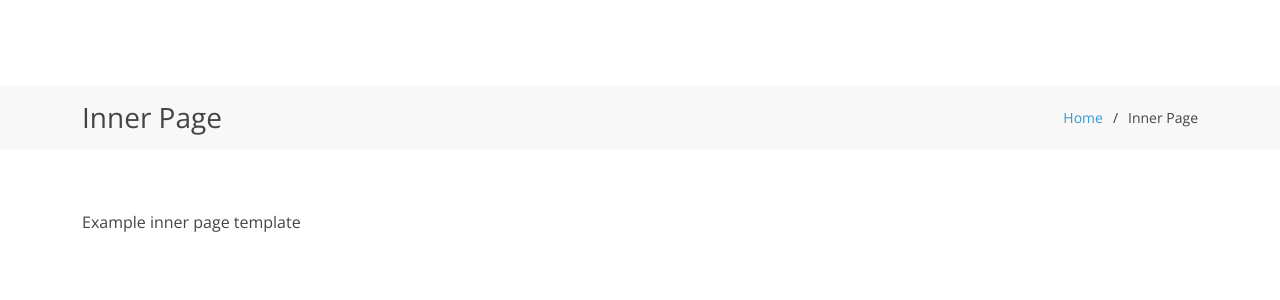
Repository: POLLJJAK/POLLJJAK
Page: http://localhost/POLLJJAK/Inner-page.jsp
These files come from the project's save history. The page is drawn as it stood at one moment and after the next save; the edit follows.
The browser window is 1280 px wide. The pictures show the whole page.
Some web fonts or font styles are not loaded; a fallback is used. The page is served by Tomcat 9. Other server files are loaded and not shown.

Above is the page before, as saved 2022-12-20 12:36:04.

### POLLJJAK/WebContent/Inner-page.jsp
<%@ page language="java" contentType="text/html; charset=UTF-8" pageEncoding="UTF-8"%>
<%@ taglib uri="http://java.sun.com/jsp/jstl/fmt" prefix="fmt" %>
<%@ taglib uri="http://java.sun.com/jsp/jstl/core" prefix="c" %>
<%@ taglib uri="http://java.sun.com/jsp/jstl/functions" prefix="fn" %>
<%
	request.setCharacterEncoding("UTF-8");
	String cp = request.getContextPath();
%>

<!DOCTYPE html>
<html lang="en">

<head>
  <meta charset="utf-8">
  <meta content="width=device-width, initial-scale=1.0" name="viewport">

  <title>Inner Page - Vesperr Bootstrap Template</title>
  <meta content="" name="description">
  <meta content="" name="keywords">

  <!-- Favicons -->
  <link href="assets/img/favicon.png" rel="icon">
  <link href="assets/img/apple-touch-icon.png" rel="apple-touch-icon">

  <!-- Google Fonts -->
  <link href="https://fonts.googleapis.com/css?family=Open+Sans:300,300i,400,400i,600,600i,700,700i|Raleway:300,300i,400,400i,500,500i,600,600i,700,700i|Poppins:300,300i,400,400i,500,500i,600,600i,700,700i" rel="stylesheet">

  <!-- Vendor CSS Files -->
  <link href="assets/vendor/aos/aos.css" rel="stylesheet">
  <link href="assets/vendor/bootstrap/css/bootstrap.min.css" rel="stylesheet">
  <link href="assets/vendor/bootstrap-icons/bootstrap-icons.css" rel="stylesheet">
  <link href="assets/vendor/boxicons/css/boxicons.min.css" rel="stylesheet">
  <link href="assets/vendor/glightbox/css/glightbox.min.css" rel="stylesheet">
  <link href="assets/vendor/remixicon/remixicon.css" rel="stylesheet">
  <link href="assets/vendor/swiper/swiper-bundle.min.css" rel="stylesheet">

  <!-- Template Main CSS File -->
  <link href="assets/css/style.css" rel="stylesheet">

  <!-- =======================================================
  * Template Name: Vesperr - v4.9.1
  * Template URL: https://bootstrapmade.com/vesperr-free-bootstrap-template/
  * Author: BootstrapMade.com
  * License: https://bootstrapmade.com/license/
  ======================================================== -->
</head>

<body>



  <main id="main">

    <!-- ======= Breadcrumbs Section ======= -->
    <section class="breadcrumbs">
      <div class="container">

        <div class="d-flex justify-content-between align-items-center">
          <h2>Inner Page</h2>
          <ol>
            <li><a href="index.html">Home</a></li>
            <li>Inner Page</li>
          </ol>
        </div>

      </div>
    </section><!-- End Breadcrumbs Section -->

    <section class="inner-page">
      <div class="container">
        <p>
          Example inner page template
        </p>
      </div>
    </section>

  </main><!-- End #main -->


  <a href="#" class="back-to-top d-flex align-items-center justify-content-center"><i class="bi bi-arrow-up-short"></i></a>

  <!-- Vendor JS Files -->
  <script src="assets/vendor/purecounter/purecounter_vanilla.js"></script>
  <script src="assets/vendor/aos/aos.js"></script>
  <script src="assets/vendor/bootstrap/js/bootstrap.bundle.min.js"></script>
  <script src="assets/vendor/glightbox/js/glightbox.min.js"></script>
  <script src="assets/vendor/isotope-layout/isotope.pkgd.min.js"></script>
  <script src="assets/vendor/swiper/swiper-bundle.min.js"></script>
  <script src="assets/vendor/php-email-form/validate.js"></script>

  <!-- Template Main JS File -->
  <script src="assets/js/main.js"></script>

</body>

</html>

Loaded but not shown: POLLJJAK/WebContent/assets/js/main.js (262 lines, source omitted); POLLJJAK/WebContent/assets/css/style.css (1826 lines, source omitted)

After the next save:
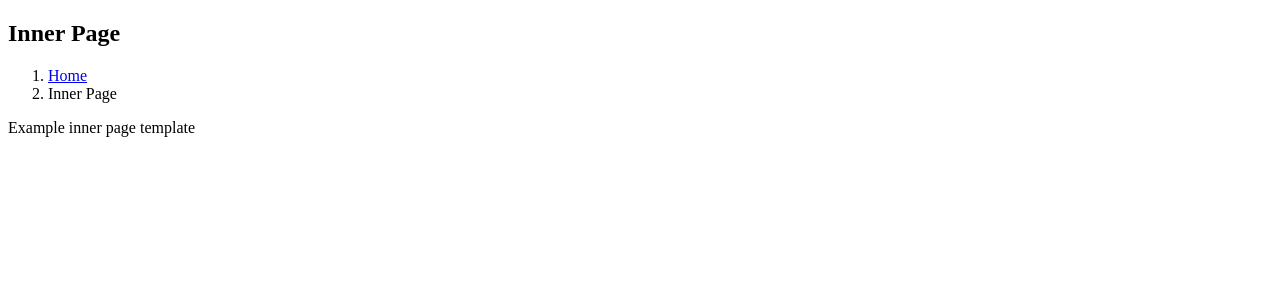
Saved 9 min 38 s later.
--- a/POLLJJAK/WebContent/Inner-page.jsp
+++ b/POLLJJAK/WebContent/Inner-page.jsp
@@ -10,44 +10,7 @@
 <!DOCTYPE html>
 <html lang="en">
 
-<head>
-  <meta charset="utf-8">
-  <meta content="width=device-width, initial-scale=1.0" name="viewport">
-
-  <title>Inner Page - Vesperr Bootstrap Template</title>
-  <meta content="" name="description">
-  <meta content="" name="keywords">
-
-  <!-- Favicons -->
-  <link href="assets/img/favicon.png" rel="icon">
-  <link href="assets/img/apple-touch-icon.png" rel="apple-touch-icon">
-
-  <!-- Google Fonts -->
-  <link href="https://fonts.googleapis.com/css?family=Open+Sans:300,300i,400,400i,600,600i,700,700i|Raleway:300,300i,400,400i,500,500i,600,600i,700,700i|Poppins:300,300i,400,400i,500,500i,600,600i,700,700i" rel="stylesheet">
-
-  <!-- Vendor CSS Files -->
-  <link href="assets/vendor/aos/aos.css" rel="stylesheet">
-  <link href="assets/vendor/bootstrap/css/bootstrap.min.css" rel="stylesheet">
-  <link href="assets/vendor/bootstrap-icons/bootstrap-icons.css" rel="stylesheet">
-  <link href="assets/vendor/boxicons/css/boxicons.min.css" rel="stylesheet">
-  <link href="assets/vendor/glightbox/css/glightbox.min.css" rel="stylesheet">
-  <link href="assets/vendor/remixicon/remixicon.css" rel="stylesheet">
-  <link href="assets/vendor/swiper/swiper-bundle.min.css" rel="stylesheet">
-
-  <!-- Template Main CSS File -->
-  <link href="assets/css/style.css" rel="stylesheet">
-
-  <!-- =======================================================
-  * Template Name: Vesperr - v4.9.1
-  * Template URL: https://bootstrapmade.com/vesperr-free-bootstrap-template/
-  * Author: BootstrapMade.com
-  * License: https://bootstrapmade.com/license/
-  ======================================================== -->
-</head>
-
 <body>
-
-
 
   <main id="main">
 
